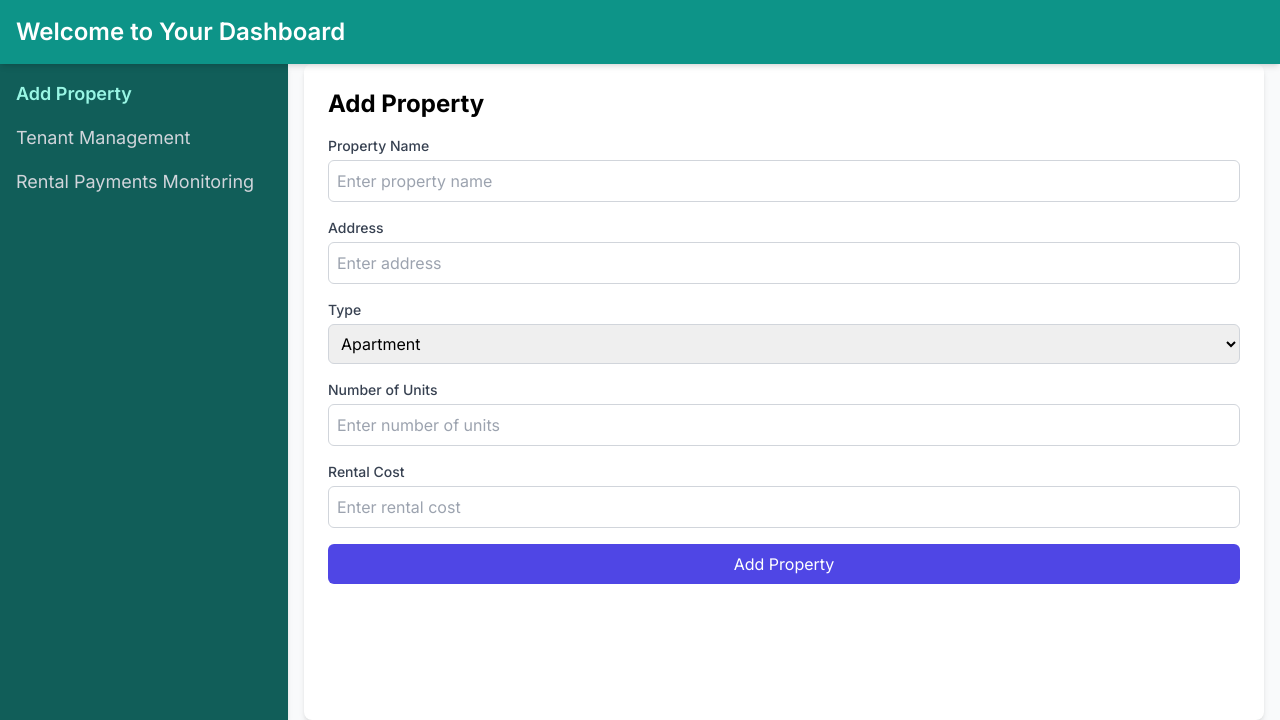
Repository: NassimeElkamari/Horizon-Housing
Page: /dashboard
These files come from the project's save history. The page is drawn as it stood at one moment and after the next save; the edit follows.
The browser window is 1280 px wide. The pictures show the whole page.
The project was rebuilt for these pictures with package versions that can differ from the ones it lists, and the page was loaded fresh each time. The framework's server and built-in components were replaced by stand-ins that run in the browser. Also part of the build but not shown: next.config.mjs, src/components/TenantManagement.tsx, src/components/PropertiesTable.tsx, src/components/RentalPaymentsMonitoring.tsx.

Above is the page before, as saved 2024-08-28 20:57:32.

### src/app/dashboard/page.tsx
'use client';

import AddProperty from '@/components/AddProperty';
import PropertiesTable from '@/components/PropertiesTable';
import RentalPaymentsMonitoring from '@/components/RentalPaymentsMonitoring';
import TenantManagement from '@/components/TenantManagement';
import { useState } from 'react';

const DashboardPage = () => {
  const [currentSection, setCurrentSection] = useState<'properties' | 'tenants' | 'payments'>('properties');

  return (
    <div className="min-h-screen flex flex-col bg-gray-50">
      <header className="bg-teal-600 text-white p-4 shadow-md fixed w-full top-0 left-0 z-10">
        <h1 className="text-2xl font-semibold">Welcome to Your Dashboard</h1>
      </header>

      <div className="flex flex-1 pt-16">
        <aside className="bg-teal-800 text-white w-72 p-4 shadow-md">
          <nav>
            <ul className="space-y-4">
              <li>
                <button
                  className={`w-full text-left text-lg ${currentSection === 'properties' ? 'font-semibold text-teal-200' : 'text-gray-300'}`}
                  onClick={() => setCurrentSection('properties')}
                >
                  Add Property
                </button>
              </li>
              <li>
                <button
                  className={`w-full text-left text-lg ${currentSection === 'tenants' ? 'font-semibold text-teal-200' : 'text-gray-300'}`}
                  onClick={() => setCurrentSection('tenants')}
                >
                  Tenant Management
                </button>
              </li>
              <li>
                <button
                  className={`w-full text-left text-lg ${currentSection === 'payments' ? 'font-semibold text-teal-200' : 'text-gray-300'}`}
                  onClick={() => setCurrentSection('payments')}
                >
                  Rental Payments Monitoring
                </button>
              </li>
            </ul>
          </nav>
        </aside>

        <main className="flex-1 p-6 bg-white shadow-md rounded-lg ml-4 mr-4">
          {currentSection === 'properties' && <AddProperty />}
          {currentSection === 'tenants' && <PropertiesTable />}
          {currentSection === 'payments' && <RentalPaymentsMonitoring />}
        </main>
      </div>
    </div>
  );
};

export default DashboardPage;

### src/components/AddProperty.tsx
'use client';

import { useState } from 'react';

const AddProperty = () => {
  const [name, setName] = useState('');
  const [address, setAddress] = useState('');
  const [type, setType] = useState('apartment');
  const [units, setUnits] = useState<number | ''>('');
  const [rentalCost, setRentalCost] = useState<number | ''>('');
  const [error, setError] = useState('');

  const handleSubmit = async (e: React.FormEvent) => {
    e.preventDefault();
    setError('');

    // Ensure units and rentalCost are converted to numbers before sending the request
    const parsedUnits = units === '' ? null : parseInt(units.toString());
    const parsedRentalCost = rentalCost === '' ? null : parseFloat(rentalCost.toString());

    if (parsedUnits === null || parsedRentalCost === null) {
      setError('Please provide valid numbers for units and rental cost.');
      return;
    }

    const response = await fetch('/api/properties', {
      method: 'POST',
      headers: {
        'Content-Type': 'application/json',
      },
      body: JSON.stringify({
        name,
        address,
        type,
        number_of_units: parsedUnits,
        rental_cost: parsedRentalCost,
      }),
    });

    const data = await response.json();

    if (response.ok) {
      alert('Property added successfully!');
      setName('');
      setAddress('');
      setType('apartment');
      setUnits('');
      setRentalCost('');
    } else {
      setError(data.message || 'Error adding property');
    }
  };

  return (
    <div>
      <h2 className="text-2xl font-bold mb-4">Add Property</h2>
      {error && <p className="text-red-500 mb-4">{error}</p>}
      <form onSubmit={handleSubmit} className="space-y-4">
        <div>
          <label htmlFor="name" className="block text-sm font-medium text-gray-700">Property Name</label>
          <input
            id="name"
            type="text"
            value={name}
            onChange={(e) => setName(e.target.value)}
            className="mt-1 w-full p-2 border border-gray-300 rounded-md text-black"
            placeholder="Enter property name"
            required
          />
        </div>
        <div>
          <label htmlFor="address" className="block text-sm font-medium text-gray-700">Address</label>
          <input
            id="address"
            type="text"
            value={address}
            onChange={(e) => setAddress(e.target.value)}
            className="mt-1 w-full p-2 border border-gray-300 text-black rounded-md"
            placeholder="Enter address"
            required
          />
        </div>
        <div>
          <label htmlFor="type" className="block text-sm font-medium text-gray-700">Type</label>
          <select
            id="type"
            value={type}
            onChange={(e) => setType(e.target.value)}
            className="mt-1 w-full p-2 border border-gray-300 text-black rounded-md"
            required
          >
            <option value="apartment">Apartment</option>
            <option value="house">House</option>
          </select>
        </div>
        <div>
          <label htmlFor="units" className="block text-sm font-medium text-gray-700">Number of Units</label>
          <input
            id="units"
            type="number"
            value={units === '' ? '' : units}
            onChange={(e) => setUnits(e.target.value === '' ? '' : Number(e.target.value))}
            className="mt-1 w-full p-2 border text-black border-gray-300 rounded-md"
            placeholder="Enter number of units"
            required
          />
        </div>
        <div>
          <label htmlFor="rentalCost" className="block text-sm font-medium text-gray-700">Rental Cost</label>
          <input
            id="rentalCost"
            type="number"
            value={rentalCost === '' ? '' : rentalCost}
            onChange={(e) => setRentalCost(e.target.value === '' ? '' : Number(e.target.value))}
            className="mt-1 w-full p-2 border text-black border-gray-300 rounded-md"
            placeholder="Enter rental cost"
            required
          />
        </div>
        <button
          type="submit"
          className="w-full bg-indigo-600 text-white py-2 px-4 rounded-md hover:bg-indigo-700"
        >
          Add Property
        </button>
      </form>
    </div>
  );
};

export default AddProperty;

Loaded but not shown: src/app/layout.tsx (common file); src/app/globals.css (common file); tailwind.config.ts (common file)

After the next save:
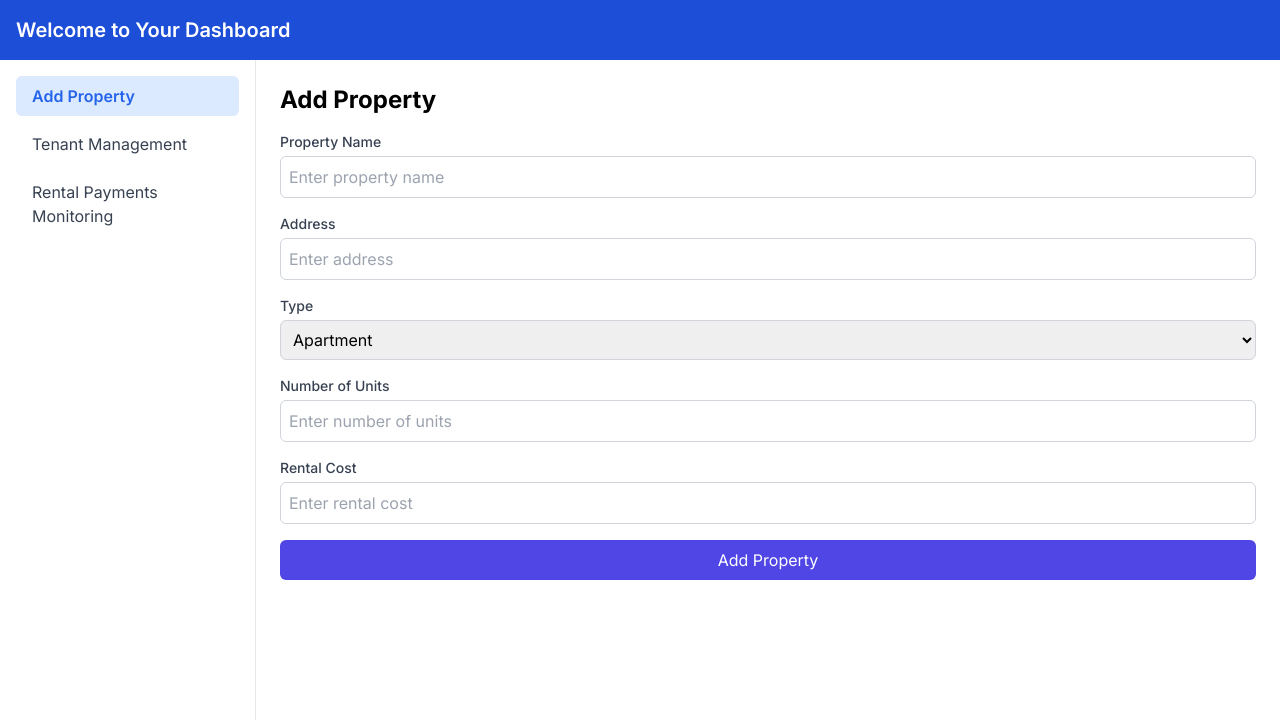
Saved 92 s later.
--- a/src/app/dashboard/page.tsx
+++ b/src/app/dashboard/page.tsx
@@ -11,17 +11,17 @@ const DashboardPage = () => {
 
   return (
     <div className="min-h-screen flex flex-col bg-gray-50">
-      <header className="bg-teal-600 text-white p-4 shadow-md fixed w-full top-0 left-0 z-10">
-        <h1 className="text-2xl font-semibold">Welcome to Your Dashboard</h1>
+      <header className="bg-blue-700 text-white p-4 shadow-md">
+        <h1 className="text-xl font-semibold">Welcome to Your Dashboard</h1>
       </header>
 
-      <div className="flex flex-1 pt-16">
-        <aside className="bg-teal-800 text-white w-72 p-4 shadow-md">
+      <div className="flex flex-1">
+        <aside className="bg-white w-64 p-4 shadow-md border-r border-gray-200">
           <nav>
-            <ul className="space-y-4">
+            <ul className="space-y-2">
               <li>
                 <button
-                  className={`w-full text-left text-lg ${currentSection === 'properties' ? 'font-semibold text-teal-200' : 'text-gray-300'}`}
+                  className={`w-full text-left py-2 px-4 rounded-md transition-colors ${currentSection === 'properties' ? 'bg-blue-100 text-blue-600 font-semibold' : 'hover:bg-blue-50 text-gray-700'}`}
                   onClick={() => setCurrentSection('properties')}
                 >
                   Add Property
@@ -29,7 +29,7 @@ const DashboardPage = () => {
               </li>
               <li>
                 <button
-                  className={`w-full text-left text-lg ${currentSection === 'tenants' ? 'font-semibold text-teal-200' : 'text-gray-300'}`}
+                  className={`w-full text-left py-2 px-4 rounded-md transition-colors ${currentSection === 'tenants' ? 'bg-blue-100 text-blue-600 font-semibold' : 'hover:bg-blue-50 text-gray-700'}`}
                   onClick={() => setCurrentSection('tenants')}
                 >
                   Tenant Management
@@ -37,7 +37,7 @@ const DashboardPage = () => {
               </li>
               <li>
                 <button
-                  className={`w-full text-left text-lg ${currentSection === 'payments' ? 'font-semibold text-teal-200' : 'text-gray-300'}`}
+                  className={`w-full text-left py-2 px-4 rounded-md transition-colors ${currentSection === 'payments' ? 'bg-blue-100 text-blue-600 font-semibold' : 'hover:bg-blue-50 text-gray-700'}`}
                   onClick={() => setCurrentSection('payments')}
                 >
                   Rental Payments Monitoring
@@ -47,7 +47,7 @@ const DashboardPage = () => {
           </nav>
         </aside>
 
-        <main className="flex-1 p-6 bg-white shadow-md rounded-lg ml-4 mr-4">
+        <main className="flex-1 p-6 bg-white">
           {currentSection === 'properties' && <AddProperty />}
           {currentSection === 'tenants' && <PropertiesTable />}
           {currentSection === 'payments' && <RentalPaymentsMonitoring />}
